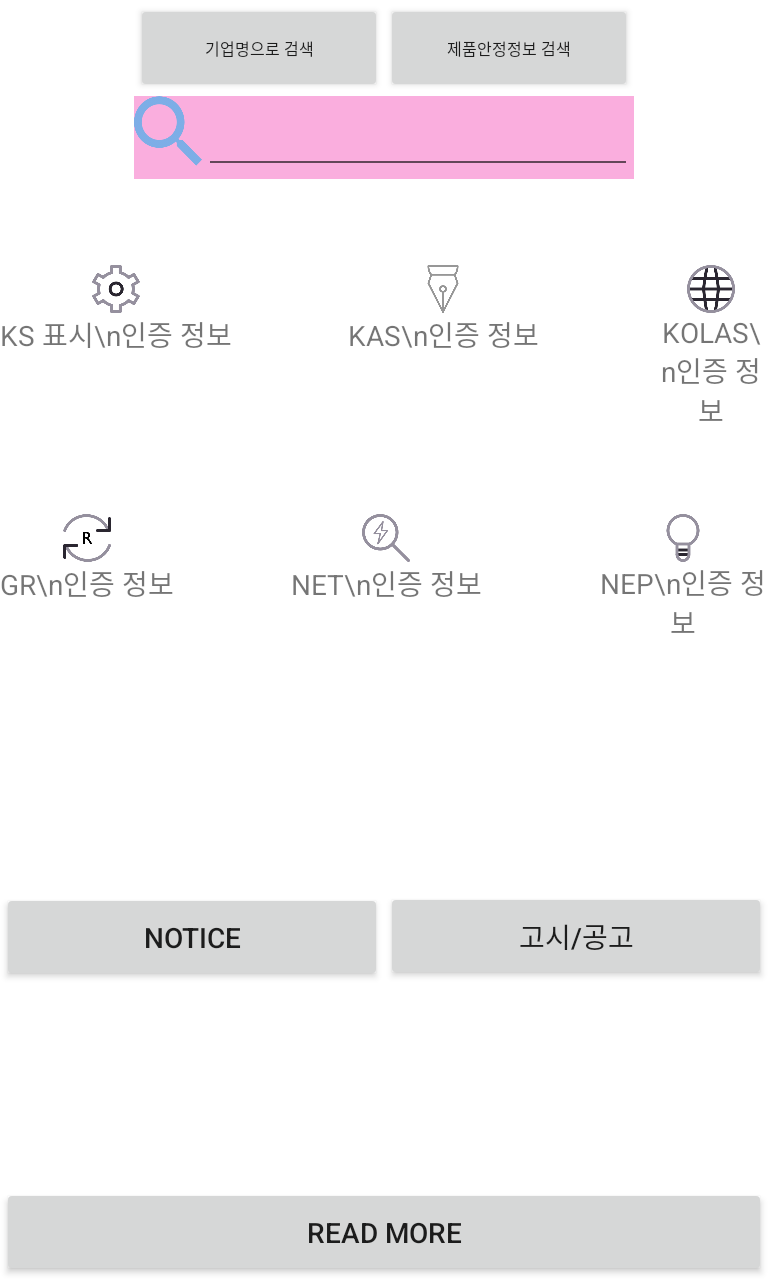
Repository: team-peony/ccfinder
Layout: android/CertifiedCompanyFinder/res/layout/fragment_main.xml
These files come from the project's save history. The layout is drawn as it stood at one moment and after the next save; the edit follows.
It is drawn on a 768 x 1280 px phone screen (xhdpi) without system bars, with theme AppTheme; the app's code is not run. Lists and similar views that code fills are empty.

Above is the layout before, as saved 2015-02-18 17:16:41.

After the next save:
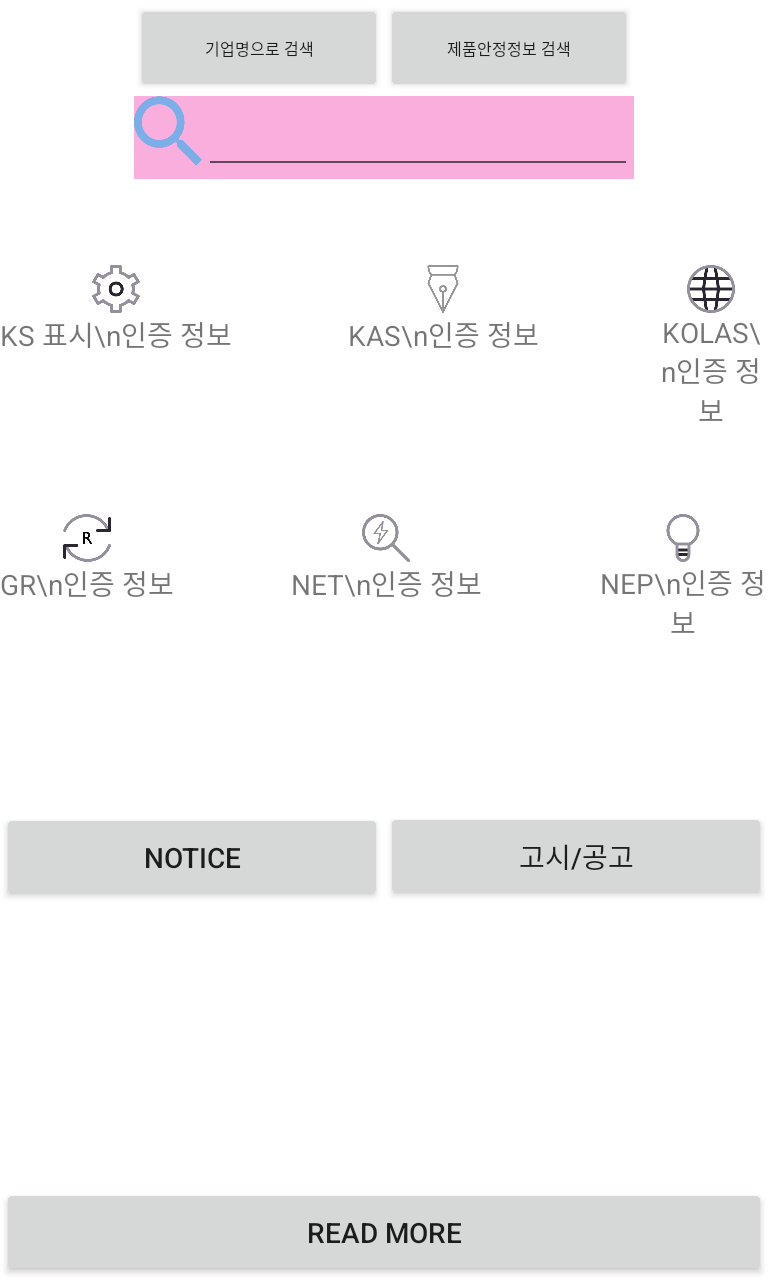
Saved 19 s later.
--- a/android/CertifiedCompanyFinder/res/layout/fragment_main.xml
+++ b/android/CertifiedCompanyFinder/res/layout/fragment_main.xml
@@ -234,7 +234,7 @@
         <ListView
             android:id="@+id/main_lvNotices"
             android:layout_width="match_parent"
-            android:layout_height="100dp"/>
+            android:layout_height="140dp"/>
 
         <Button
 	            android:id="@+id/main_btnReadMore"
